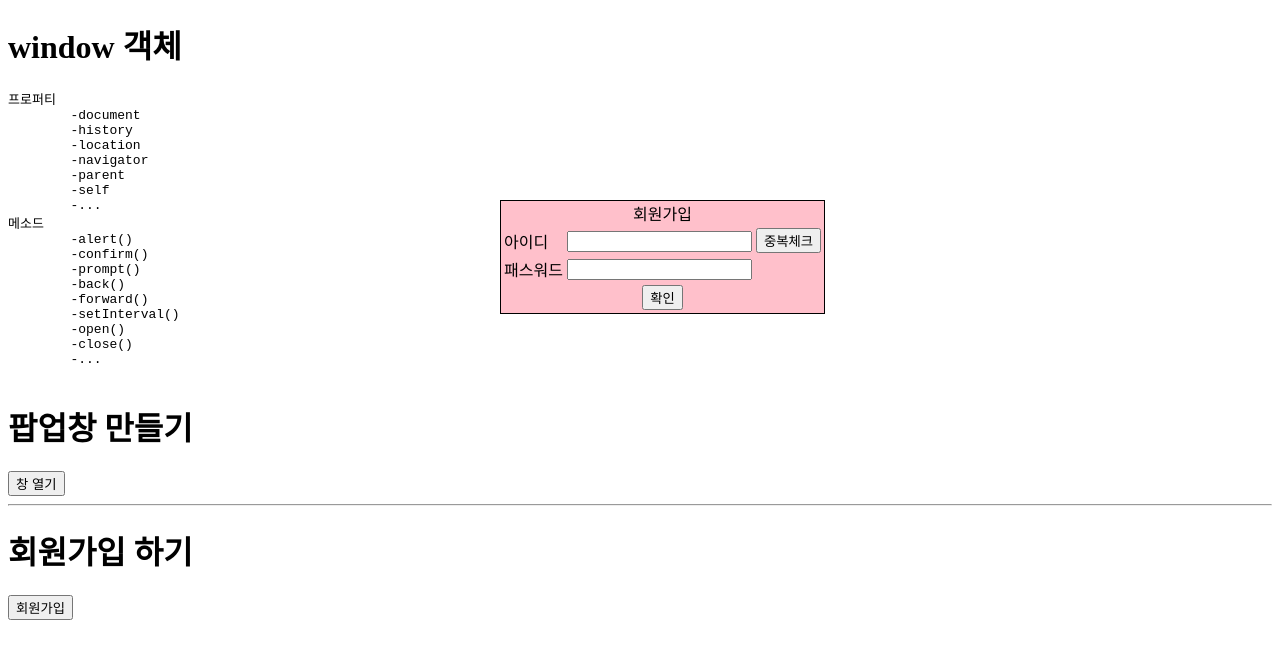
Repository: sunghyun-biblee/LearnSpace
Page: 4_UI/JS_Test/WebContent/js16_window01.html
An editor plug-in stored every save of this project. The page is shown before and after the next save, followed by the edit.
The browser window is 1280 px wide. The pictures show the whole page.

Above is the page before, as saved 2023-10-26 04:05:03.

### 4_UI/JS_Test/WebContent/js16_window01.html
<!DOCTYPE html>
<html>
<head>
<meta charset="UTF-8">
<title>Insert title here</title>
<style type="text/css">
	#regist{
		border : 1px solid black;
		background: pink;
		position : absolute;
		top: 200px;
		left:500px;
	}
</style>
<script type="text/javascript">
	function openWin(){
		let url="js16_window02.html";
		let target="_blank";
		let prop="width=500px,height=500px";
		window.open(url,target,prop);
	}

	function registForm(){
		let url="js17_window03.html";
		let target="_blank";
		let prop="width=600px,height=600px";
		window.open(url,target,prop);
	}
</script>
</head>
<body>
	<h1>window 객체</h1>
<pre>
프로퍼티
	-document
	-history
	-location
	-navigator
	-parent
	-self
	-...
메소드
	-alert()
	-confirm()
	-prompt()
	-back()
	-forward()
	-setInterval()
	-open()
	-close()
	-...
	</pre>
<div>
	<h1>팝업창 만들기</h1>
	<button onclick="openWin();" name="btn">창 열기</button>
</div>
<div id="tt"></div>

<hr>
<h1>회원가입 하기</h1>
<button onclick="registForm()" name="btn">회원가입</button>
<!-- 회원가입 폼 -->
<div id="regist">
	<form action="">
	<table>
		<caption>회원가입</caption>
		<tr>
			<td>아이디</td>
			<td> <input type="text" name="id"> <input type="button" value="중복체크"> </td>
		</tr>
		<tr>
			<td>패스워드</td>
			<td> <input type="password" name="pwd" style="color:red;"></td>
		</tr>
		<tr>
			<td colspan="2" align="center"> <input type="button" value="확인"> </td>
		</tr>
		</table>

	</form>
</div>



</body>
</html>

After the next save:
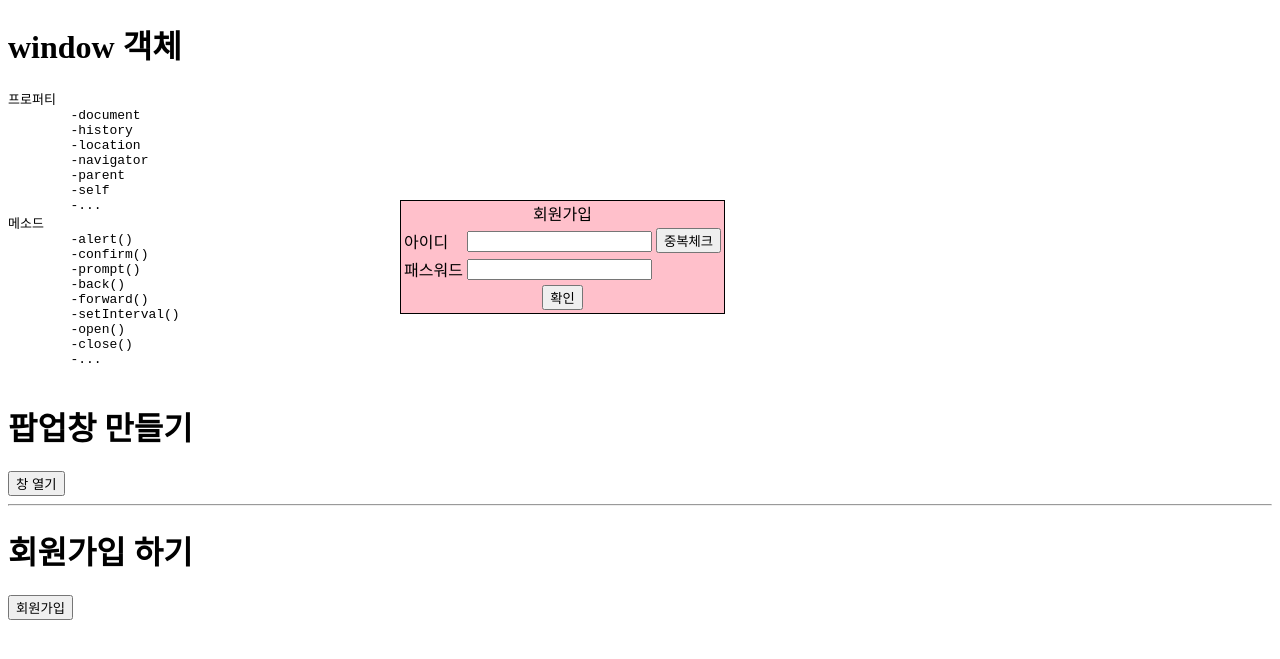
Saved 7 s later.
--- a/4_UI/JS_Test/WebContent/js16_window01.html
+++ b/4_UI/JS_Test/WebContent/js16_window01.html
@@ -9,7 +9,7 @@
 		background: pink;
 		position : absolute;
 		top: 200px;
-		left:500px;
+		left:400px;
 	}
 </style>
 <script type="text/javascript">
